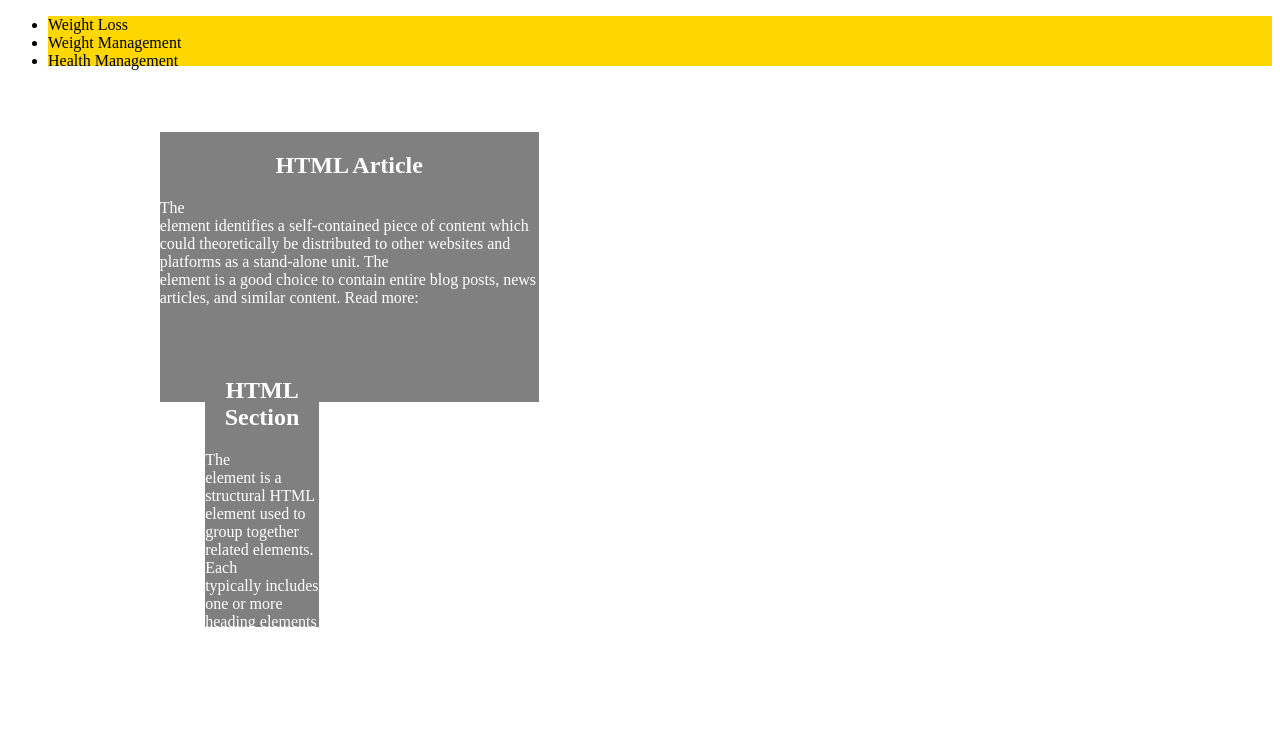
Repository: helloneibor/project1
Page: project1.html
The author's editor kept a record of every edit. The page is drawn from the files as they stood at one moment, then again after the next edit.
The browser window is 1280 px wide. The pictures show the whole page.

Above is the page before.

After the next edit:
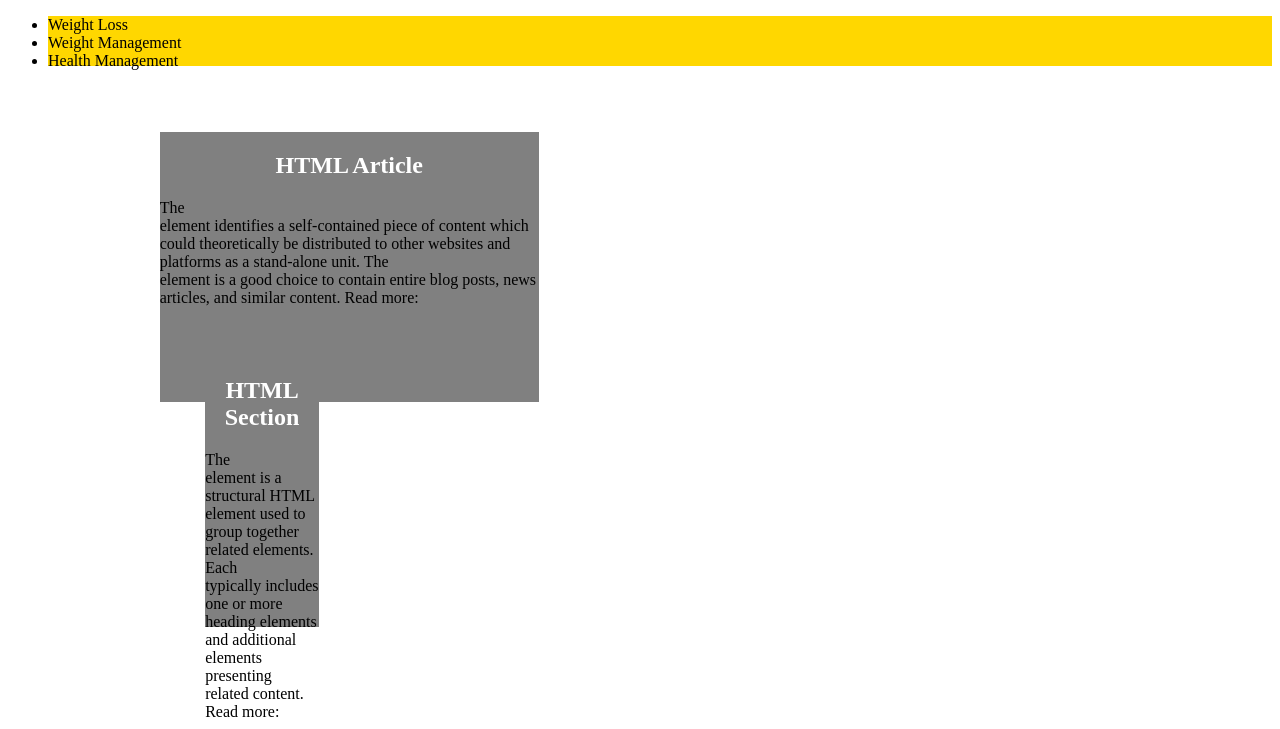
The edit:
--- a/main.css
+++ b/main.css
@@ -11,7 +11,6 @@
     display:inline-block;
     margin-left: 12%;
     margin-top: 50px;
-    color: white;
 }
 
 h2 {
